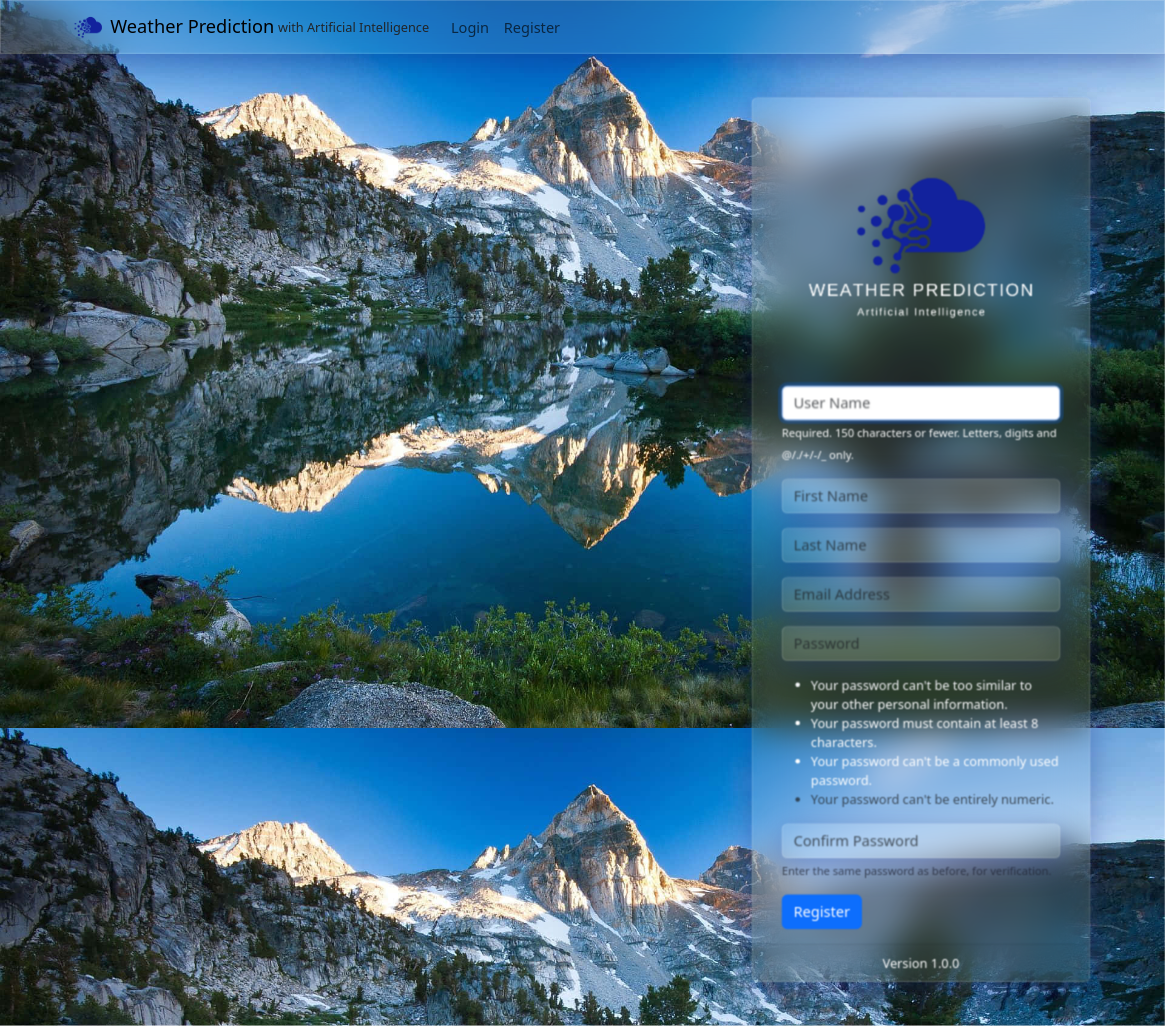
Repository: rustycoder/weather_prediction
Page: http://localhost/weather_admin/register
An editor plug-in stored every save of this project. The page is shown before and after the next save, followed by the edit.
The browser window is 1280 px wide. The pictures show the whole page, at 91% of full size.
Backgrounds fixed to the window are drawn as part of the page. The page is served by the project's application, run on Django 5.2 (manage.py). Other server files are loaded and not shown.

Above is the page before, as saved 2025-03-03 19:56:59.

### weather_admin/templates/register.html
{% extends 'base.html' %}
{% load static %}
{% block content %}
<div class="col-md-4 offset-md-8">
    <div class="card my-5 glass">
        <div class="card-body">
            <div class="col-md-12 px-3">
                <img src="{% static 'images/logo_full_white.png' %}" class="rounded mx-auto d-block" width="300"
                    alt="Weather Prediction Logo">

                <form method="POST" action="">
                    {% csrf_token %}
                    {% if form.errors %}
                    <div class="alert alert-warning alert-dismissible fade show" role="alert">
                        Your Form Has Errors
                        {% for field in form %}
                        {% if field.errors %}
                        {{ field.errors }}
                        {% endif %}
                        {% endfor %}
                        <button type="button" class="btn-close" data-bs-dismiss="alert" aria-label="Close"></button>
                    </div>
                    {% endif %}

                    {{ form.as_p }}

                    <button type="submit" class="btn btn-primary">Register</button>
                </form>
            </div>
        </div>
        <div class="card-footer text-body-secondary text-center">
            <small class="text-white">Version 1.0.0</small>
        </div>
    </div>
</div>

{% endblock %}

### weather_admin/templates/base.html
<!doctype html>
<html lang="en">

<head>
    <meta charset="utf-8">
    <meta name="viewport" content="width=device-width, initial-scale=1">
    <title>Weather Prediction</title>
    <link href="https://cdn.jsdelivr.net/npm/bootstrap@5.3.3/dist/css/bootstrap.min.css" rel="stylesheet"
        integrity="sha384-QWTKZyjpPEjISv5WaRU9OFeRpok6YctnYmDr5pNlyT2bRjXh0JMhjY6hW+ALEwIH" crossorigin="anonymous">
    {% load static %}
    <link rel="stylesheet" href="{% static 'css/style.css' %}" type="text/css">
    <link rel="icon" href="{% static 'images/logo_fav.ico' %}" type="image/x-icon">
</head>

<body class="beautiful_bg">
    {% include 'navbar.html' %}
    <div class="container">
        {% if messages %}
        {% for message in messages %}
        <div class="alert alert-warning alert-dismissible fade show mt-5" role="alert">
            <strong>Hey!</strong> {{message}}
            <button type="button" class="btn-close" data-bs-dismiss="alert" aria-label="Close"></button>
        </div>
        {% endfor %}
        {% endif %}
        {% block content %}
        {% endblock %}
    </div>
    <script src="https://cdn.jsdelivr.net/npm/bootstrap@5.3.3/dist/js/bootstrap.bundle.min.js"
        integrity="sha384-YvpcrYf0tY3lHB60NNkmXc5s9fDVZLESaAA55NDzOxhy9GkcIdslK1eN7N6jIeHz"
        crossorigin="anonymous"></script>
</body>

</html>

### weather_admin/templates/navbar.html
{% load static %}
<nav class="navbar navbar-expand-lg sticky-top glass">
    <div class="container">
        <a class="navbar-brand me-1" href="{% url 'weather_admin_dashboard' %}">
            <img src="{% static 'images/logo.png' %}" alt="Weather Prediction Logo" height="30"
                class="d-inline-block align-text-top me-1">
            Weather Prediction
        </a>
        <small class="fw-lighter mb-0 me-3 align-bottom">with Artificial Intelligence</small>
        <button class="navbar-toggler" type="button" data-bs-toggle="collapse" data-bs-target="#navbarSupportedContent"
            aria-controls="navbarSupportedContent" aria-expanded="false" aria-label="Toggle navigation">
            <span class="navbar-toggler-icon"></span>
        </button>
        <div class="collapse navbar-collapse" id="navbarSupportedContent">
            {% if user.is_authenticated %}
            <ul class="navbar-nav me-auto mb-2 mb-lg-0">
                <li class="nav-item"><a class="nav-link" href="{% url 'weather_admin_dashboard' %}">Dashboard</a></li>
                <li class="nav-item dropdown">
                    <a class="nav-link dropdown-toggle" href="#" role="button" data-bs-toggle="dropdown"
                        aria-expanded="false">
                        Weather
                    </a>
                    <ul class="dropdown-menu">
                        <li><a class="dropdown-item" href="{% url 'weather_admin_weather_realtime' %}">Realtime</a></li>
                        <li><a class="dropdown-item" href="{% url 'weather_admin_weather_forecast' %}">Forecast</a></li>
                        <li>
                            <hr class="dropdown-divider">
                        </li>
                        <li><a class="dropdown-item" href="{% url 'weather_admin_weather_prediction' %}">Prediction</a>
                        </li>
                    </ul>
                </li>
                <li class="nav-item dropdown">
                    <a class="nav-link dropdown-toggle" href="#" role="button" data-bs-toggle="dropdown"
                        aria-expanded="false">
                        Air Pollution
                    </a>
                    <ul class="dropdown-menu">
                        <li><a class="dropdown-item"
                                href="{% url 'weather_admin_air_pollution_realtime' %}">Realtime</a></li>
                        <li><a class="dropdown-item"
                                href="{% url 'weather_admin_air_pollution_forecast' %}">Forecast</a></li>
                    </ul>
                </li>
                <li class="nav-item"><a class="nav-link" href="{% url 'weather_admin_profile' %}">Profile</a></li>
                <li class="nav-item"><a class="nav-link" href="{% url 'weather_admin_logout' %}">Logout</a></li>
            </ul>
            <form class="d-flex" role="search" method="POST" , action="{% url 'weather_admin_search' %}">
                {% csrf_token %}
                <input class="form-control me-2" type="search" placeholder="City, State" aria-label="Search"
                    name="location">
                <button class="btn btn-outline-success" type="submit">Search</button>
            </form>
            {% else %}
            <ul class="navbar-nav me-auto mb-2 mb-lg-0">
                <li class="nav-item"><a class="nav-link" href="{% url 'weather_admin_login' %}">Login</a></li>
                <li class="nav-item"><a class="nav-link" href="{% url 'weather_admin_register' %}">Register</a></li>
            </ul>
            {% endif %}
        </div>
    </div>
</nav>

### weather_admin/forms.py
from django.contrib.auth.forms import UserCreationForm
from django.contrib.auth.models import User
from weather_admin.models import Profile
from django.forms import ModelForm
from django import forms


class SignUpForm(UserCreationForm):

	email = forms.EmailField(label="", widget=forms.TextInput(attrs={'class':'form-control glass', 'placeholder':'Email Address'}))
	first_name = forms.CharField(label="", max_length=100, widget=forms.TextInput(attrs={'class':'form-control glass', 'placeholder':'First Name'}))
	last_name = forms.CharField(label="", max_length=100, widget=forms.TextInput(attrs={'class':'form-control glass', 'placeholder':'Last Name'}))


	class Meta:
		model = User
		fields = ('username', 'first_name', 'last_name', 'email', 'password1', 'password2')


	def __init__(self, *args, **kwargs):
		super(SignUpForm, self).__init__(*args, **kwargs)

		self.fields['username'].widget.attrs['class'] = 'form-control glass'
		self.fields['username'].widget.attrs['placeholder'] = 'User Name'
		self.fields['username'].label = ''
		self.fields['username'].help_text = '<span class="form-text text-muted"><small class="text-white">Required. 150 characters or fewer. Letters, digits and @/./+/-/_ only.</small></span>'

		self.fields['password1'].widget.attrs['class'] = 'form-control glass'
		self.fields['password1'].widget.attrs['placeholder'] = 'Password'
		self.fields['password1'].label = ''
		self.fields['password1'].help_text = '<ul class="form-text text-muted small"><li class="text-white">Your password can\'t be too similar to your other personal information.</li><li class="text-white">Your password must contain at least 8 characters.</li><li class="text-white">Your password can\'t be a commonly used password.</li><li>Your password can\'t be entirely numeric.</li></ul>'

		self.fields['password2'].widget.attrs['class'] = 'form-control glass'
		self.fields['password2'].widget.attrs['placeholder'] = 'Confirm Password'
		self.fields['password2'].label = ''
		self.fields['password2'].help_text = '<span class="form-text text-muted"><small>Enter the same password as before, for verification.</small></span>'

class ProfileForm(ModelForm):

	phone = forms.CharField(label="", min_length=10, max_length=10, widget=forms.TextInput(attrs={'class':'form-control', 'placeholder':'Phone'}), help_text='<span class="form-text text-muted"><small>Phone number should be 10 digit.</small></span>')
	address = forms.CharField(label="", max_length=100, widget=forms.TextInput(attrs={'class':'form-control', 'placeholder':'Address'}))
	city = forms.CharField(label="", max_length=50, widget=forms.TextInput(attrs={'class':'form-control', 'placeholder':'City'}))
	state = forms.CharField(label="", max_length=50, widget=forms.TextInput(attrs={'class':'form-control', 'placeholder':'State'}))
	zipcode = forms.CharField(label="", max_length=10, widget=forms.TextInput(attrs={'class':'form-control', 'placeholder':'Zipcode'}))

	class Meta:
		model = Profile
		fields = ["phone", "address", "city", "state", "zipcode"]

	def __init__(self, *args, **kwargs):
		super(ProfileForm, self).__init__(*args, **kwargs)

	def clean_phone(self):
		phone = self.cleaned_data['phone']
		if not phone.isdigit():
			raise forms.ValidationError("Phone number must be only digits.")
		if len(phone) != 10:
			raise forms.ValidationError("Phone number must be 10 digits.")
		return phone

	def clean_zipcode(self):
		zipcode = self.cleaned_data['zipcode']
		if not zipcode.isdigit():
			raise forms.ValidationError("Zipcode must contain only digits.")
		return zipcode

### weather_prediction/urls.py
"""
URL configuration for weather_prediction project.

The `urlpatterns` list routes URLs to views. For more information please see:
    https://docs.djangoproject.com/en/5.1/topics/http/urls/
Examples:
Function views
    1. Add an import:  from my_app import views
    2. Add a URL to urlpatterns:  path('', views.home, name='home')
Class-based views
    1. Add an import:  from other_app.views import Home
    2. Add a URL to urlpatterns:  path('', Home.as_view(), name='home')
Including another URLconf
    1. Import the include() function: from django.urls import include, path
    2. Add a URL to urlpatterns:  path('blog/', include('blog.urls'))
"""
from django.contrib import admin
from django.urls import path, include

urlpatterns = [
    path('admin/', admin.site.urls),
    path('weather_admin/', include('weather_admin.urls')),
]

### weather_admin/urls.py
from django.urls import path
from . import views

urlpatterns = [
    path('', views.admin_dashboard, name='weather_admin_dashboard'),
    path('search', views.admin_search, name='weather_admin_search'),
    path('login', views.admin_login, name='weather_admin_login'),
    path('register', views.admin_register, name='weather_admin_register'),
    path('logout', views.admin_logout, name='weather_admin_logout'),
    path('forgot_password', views.admin_forgot_password, name='weather_admin_forgot_password'),
    path('reset_password', views.admin_reset_password, name='weather_admin_reset_password'),

    path('profile', views.profile, name='weather_admin_profile'),
    path('update_profile', views.profile_update, name='weather_admin_profile_update'),

    path('weather_realtime', views.weather_realtime, name='weather_admin_weather_realtime'),
    path('weather_forecast', views.weather_forecast, name='weather_admin_weather_forecast'),
    path('weather_prediction', views.weather_prediction, name='weather_admin_weather_prediction'),

    path('air_pollution_realtime', views.air_pollution_realtime, name='weather_admin_air_pollution_realtime'),
    path('air_pollution_forecast', views.air_pollution_forecast, name='weather_admin_air_pollution_forecast'),

]

### weather_admin/static/css/style.css
.bd-callout {
    --bs-link-color-rgb: var(--bd-callout-link);
    --bs-code-color: var(--bd-callout-code-color);
    padding: 1.25rem;
    margin-top: 1.25rem;
    margin-bottom: 1.25rem;
    color: var(--bd-callout-color, inherit);
    background-color: var(--bd-callout-bg, var(--bs-gray-100));
    border-left: 0.25rem solid var(--bd-callout-border, var(--bs-gray-300));
}

.bd-callout-info {
    --bd-callout-color: var(--bs-info-text-emphasis);
    --bd-callout-bg: var(--bs-info-bg-subtle);
    --bd-callout-border: var(--bs-info-border-subtle);
}
.bd-callout {
    --bs-link-color-rgb: var(--bd-callout-link);
    --bs-code-color: var(--bd-callout-code-color);
    padding: 1.25rem;
    margin-top: 1.25rem;
    margin-bottom: 1.25rem;
    color: var(--bd-callout-color, inherit);
    background-color: var(--bd-callout-bg, var(--bs-gray-100));
    border-left: 0.25rem solid var(--bd-callout-border, var(--bs-gray-300));
}

.bd-callout-info {
    --bd-callout-color: var(--bs-info-text-emphasis);
    --bd-callout-bg: var(--bs-info-bg-subtle);
    --bd-callout-border: var(--bs-info-border-subtle);
}
.glass {
    background: rgba( 255, 255, 255, 0.1 );
    box-shadow: 0 8px 32px 0 rgba( 31, 38, 135, 0.37 );
    backdrop-filter: blur( 20px );
    -webkit-backdrop-filter: blur( 20px );
    border: 1px solid rgba( 255, 255, 255, 0.18 );
}

.beautiful_bg {
    background-image: url('../images/beautiful_bg.jpg');
    background-repeat: no-repeat;
    background-attachment: fixed;
    background-size: cover;
}

Loaded but not shown: weather_admin/views.py (285 lines, source omitted)

After the next save:
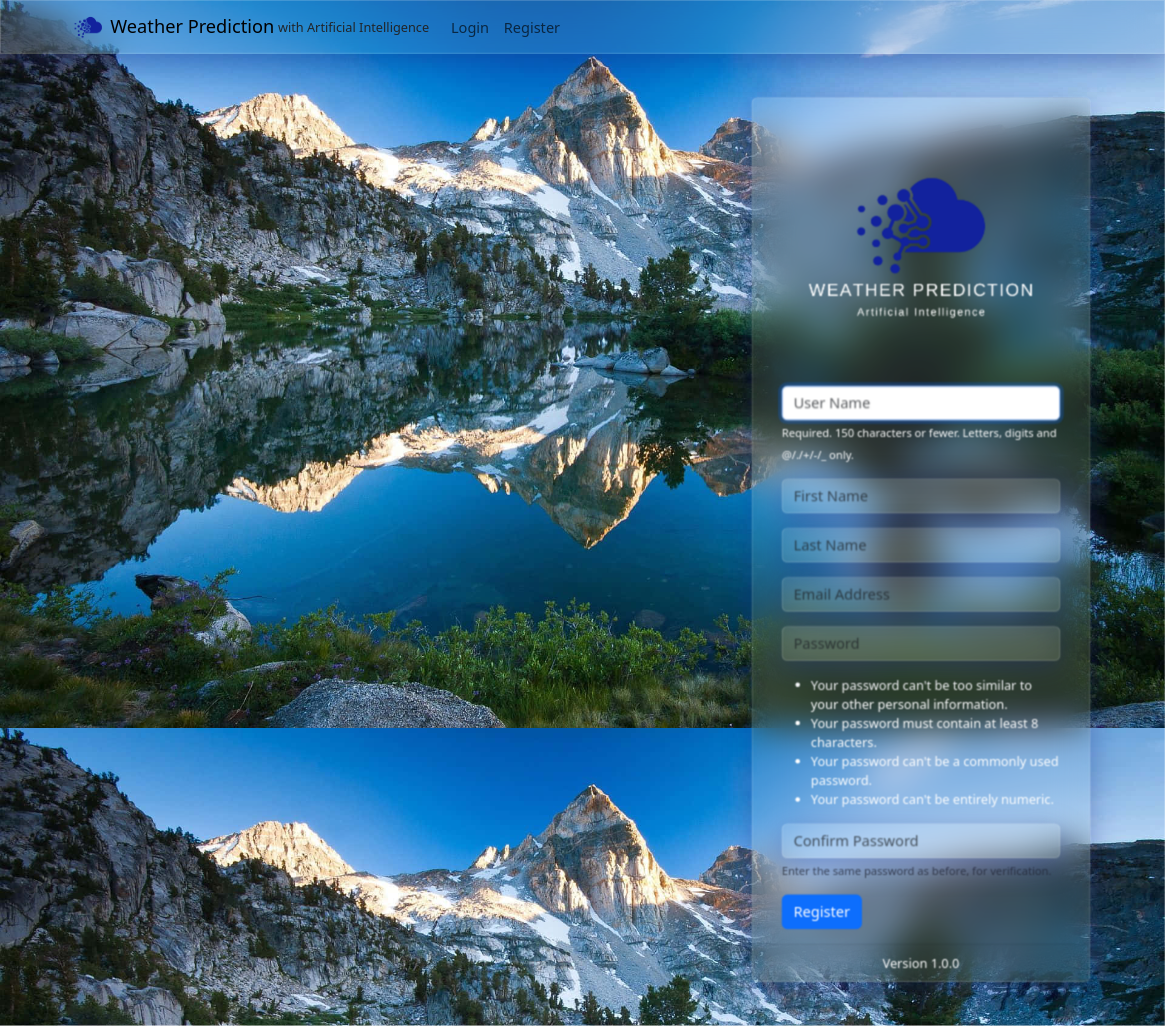
Saved 4 s later.
--- a/weather_admin/forms.py
+++ b/weather_admin/forms.py
@@ -28,7 +28,7 @@
 		self.fields['password1'].widget.attrs['class'] = 'form-control glass'
 		self.fields['password1'].widget.attrs['placeholder'] = 'Password'
 		self.fields['password1'].label = ''
-		self.fields['password1'].help_text = '<ul class="form-text text-muted small"><li class="text-white">Your password can\'t be too similar to your other personal information.</li><li class="text-white">Your password must contain at least 8 characters.</li><li class="text-white">Your password can\'t be a commonly used password.</li><li>Your password can\'t be entirely numeric.</li></ul>'
+		self.fields['password1'].help_text = '<ul class="form-text text-muted small"><li class="text-white">Your password can\'t be too similar to your other personal information.</li><li class="text-white">Your password must contain at least 8 characters.</li><li class="text-white">Your password can\'t be a commonly used password.</li><li class="text-white">Your password can\'t be entirely numeric.</li></ul>'
 
 		self.fields['password2'].widget.attrs['class'] = 'form-control glass'
 		self.fields['password2'].widget.attrs['placeholder'] = 'Confirm Password'
